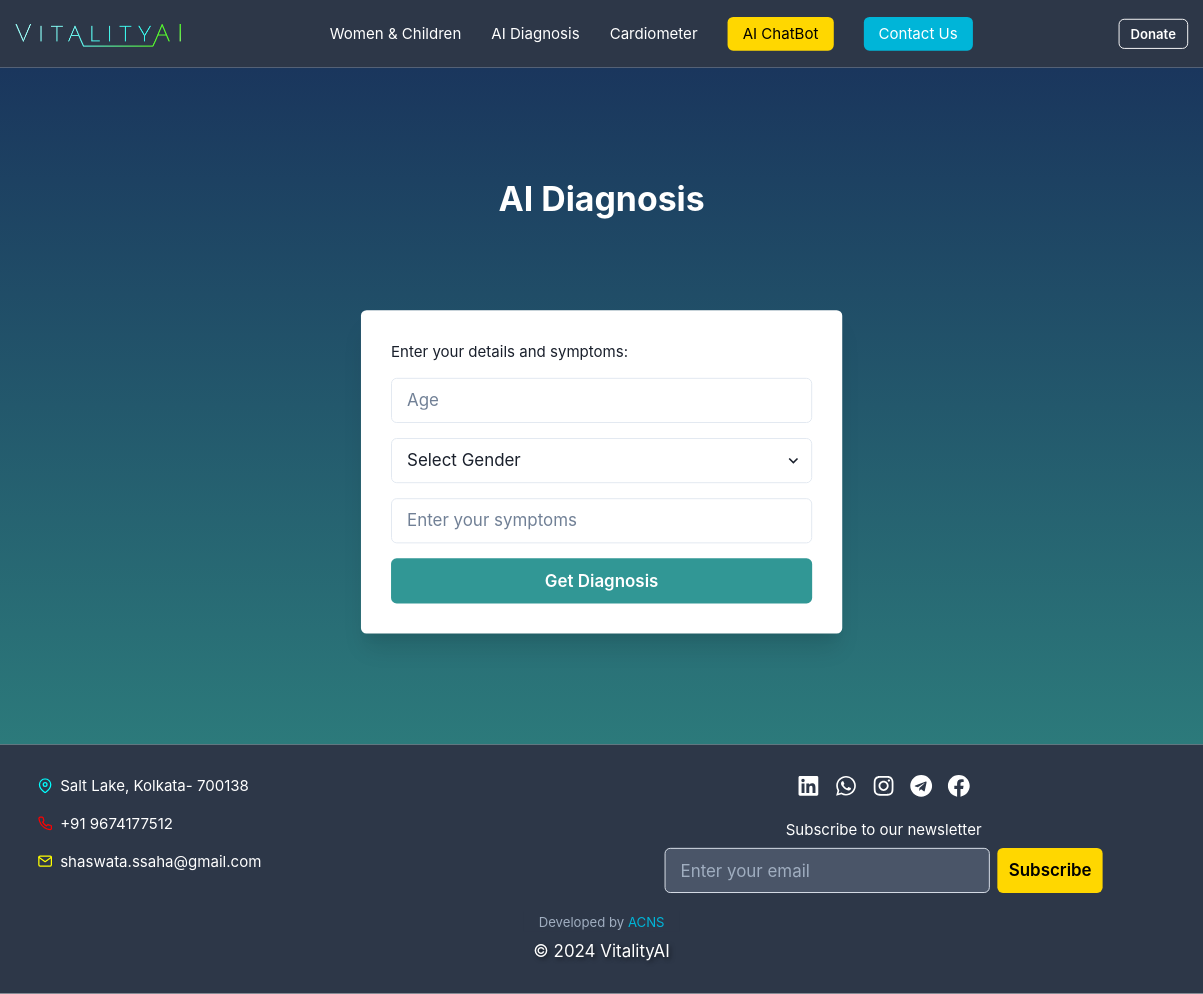
Repository: UniquePratham/VitalityAI
Page: /chatbot
The author's editor kept a copy of each file at every save. The page is drawn from the files as they stood at one save, then again after the next save.
The browser window is 1280 px wide. The pictures show the whole page, at 94% of full size.
The project was rebuilt for these pictures with package versions that can differ from the ones it lists, and the page was loaded fresh each time. The framework's server and built-in components were replaced by stand-ins that run in the browser. Also part of the build but not shown: next.config.js.

Above is the page before, as saved 2024-08-25 05:59:52.

### pages/_app.js
import { ChakraProvider } from "@chakra-ui/react";
import Head from "next/head";
export default function App({ Component, pageProps }) {
  return (
    <ChakraProvider>
      <Head>
        <title>VitalityAI - A new approach to medical technology</title>
        <meta
          name="description"
          content="VitalityAI - Medical technology for the future"
        />
        <link rel="icon" href="/icon.png" />
      </Head>
      <Component {...pageProps} />
    </ChakraProvider>
  );
}

### pages/chatbot.js
import dynamic from "next/dynamic";
import Footer from "@/components/Footer";
const Navbar = dynamic(() => import("@/components/Navbar"), {
  ssr: false,
});
import ChatBot from "@/components/ChatBot";
const Chatbot = () => {
  return (
    <>
      <Navbar />
      <ChatBot />
      <Footer />
    </>
  );
};
export default Chatbot;

### components/ChatBot.js
import { useState } from "react";
import {
  Box,
  Button,
  Input,
  Select,
  Text,
  Heading,
  VStack,
  Spinner,
  Image,
  Link,
} from "@chakra-ui/react";
import axios from "axios";
import { motion } from "framer-motion";

const appId = process.env.NEXT_PUBLIC_WOLFRAM_APP_ID;

export default function AIDiagnosis() {
  const [age, setAge] = useState("");
  const [gender, setGender] = useState("");
  const [symptoms, setSymptoms] = useState("");
  const [diagnosis, setDiagnosis] = useState(null);
  const [loading, setLoading] = useState(false);

  const handleDiagnosis = async () => {
    setLoading(true);
    setDiagnosis(null);

    try {
      const response = await axios.get("/api/proxyDiagnosis", {
        params: {
          age: age,
          gender: gender,
          symptoms: symptoms,
        },
      });

      // Directly set the response text as received
      setDiagnosis(response.data);
    } catch (error) {
      setDiagnosis("An error occurred while fetching the diagnosis.");
      console.error("Diagnosis error:", error);
    } finally {
      setLoading(false);
    }
  };

  // Utility function to format the diagnosis string into structured layout
  const formatDiagnosis = (diagnosis) => {
    const formattedDiagnosis = [];

    // Splitting by double newlines to separate different sections
    const sections = diagnosis.split(/\n{2,}/);

    sections.forEach((section) => {
      // Splitting by single newlines to get key-value pairs or text blocks
      const lines = section.split("\n").filter((line) => line.trim() !== "");

      if (lines.length === 1) {
        // Single line is either a title or non-parsed text
        formattedDiagnosis.push(<Text fontWeight="bold" mt={4}>{lines[0]}</Text>);
      } else if (lines.length > 1) {
        // Handle key-value like structures or multiple lines in a block
        const key = lines[0].replace(":", "").trim(); // First line is treated as a key

        if (key === "Characteristics of patients" && lines[1].startsWith("image:")) {
          // Handle the image separately
          const imageUrl = lines[1].replace("image:", "").trim();
          formattedDiagnosis.push(
            <Box key={key} mt={4}>
              <Text fontWeight="bold">{key}</Text>
              <Image src={imageUrl} alt="Diagnosis Image" mt={2} width="100%" />
            </Box>
          );
        } else if (key.startsWith("Wolfram|Alpha website result")) {
          // Handle the link separately
          const linkUrl = lines[1].trim();
          formattedDiagnosis.push(
            <Box key={key} mt={4}>
              <Text fontWeight="bold">{key}</Text>
              <Link href={linkUrl} color="teal.500" isExternal mt={2}>
                View Detailed Report
              </Link>
            </Box>
          );
        } else {
          // Handle the key-value pairs or text blocks
          formattedDiagnosis.push(
            <Box key={key} mt={4}>
              <Text fontWeight="bold">{key}</Text>
              {lines.slice(1).map((value, index) => (
                <Text key={index} whiteSpace="pre-wrap">
                  {value}
                </Text>
              ))}
            </Box>
          );
        }
      }
    });

    return formattedDiagnosis;
  };

  return (
    <VStack
      as={motion.div}
      initial={{ opacity: 0 }}
      animate={{ opacity: 1 }}
      transition="0.5s ease-in-out"
      minH="100vh"
      bgGradient="linear(to-b, blue.900, teal.600)"
      align="center"
      justify="center"
      p={6}
      spacing={[8, 12, 16]} // Responsive spacing between elements
    >
      <Heading
        color="white"
        mb={8}
        fontSize={["2xl", "3xl", "4xl"]} // Responsive font sizes
        textAlign="center" // Center text for small screens
      >
        AI Diagnosis
      </Heading>

      <Box
        bg="white"
        p={[4, 6, 8]} // Responsive padding
        borderRadius="md"
        boxShadow="xl"
        w="full"
        maxW={["sm", "md", "lg"]} // Responsive width
        as={motion.div}
        whileHover={{ scale: 1.05 }}
        whileTap={{ scale: 0.95 }}
      >
        <Text mb={4}>Enter your details and symptoms:</Text>

        <Input
          placeholder="Age"
          mb={4}
          value={age}
          onChange={(e) => setAge(e.target.value)}
          size={["sm", "md", "lg"]} // Responsive input size
        />

        <Select
          placeholder="Select Gender"
          mb={4}
          value={gender}
          onChange={(e) => setGender(e.target.value)}
          size={["sm", "md", "lg"]} // Responsive select size
        >
          <option value="male">Male</option>
          <option value="female">Female</option>
          <option value="other">Other</option>
        </Select>

        <Input
          placeholder="Enter your symptoms"
          mb={4}
          value={symptoms}
          onChange={(e) => setSymptoms(e.target.value)}
          size={["sm", "md", "lg"]} // Responsive input size
        />

        <Button
          colorScheme="teal"
          size="lg"
          w="full"
          onClick={handleDiagnosis}
          py={[4, 6]} // Responsive button padding
        >
          Get Diagnosis
        </Button>
      </Box>

      {loading ? (
        <Spinner size="xl" color="white" mt={8} />
      ) : (
        diagnosis && (
          <Box
            mt={8}
            p={[4, 6, 8]} // Responsive padding
            bg="white"
            borderRadius="md"
            shadow="xl"
            textAlign="center"
            w="full"
            maxW={["sm", "md", "lg"]} // Responsive width
          >
            {formatDiagnosis(diagnosis)}
          </Box>
        )
      )}
    </VStack>
  );
}

### components/Navbar.js
import {
    Box,
    Flex,
    Link,
    Button,
    HStack,
    IconButton,
    Image,
    useDisclosure,
    VStack,
    Collapse,
    ScaleFade,
  } from "@chakra-ui/react";
  import { FaSearch, FaBars, FaTimes } from "react-icons/fa";
  import NextLink from "next/link";
  import { useRouter } from "next/router";

  export default function Navbar() {
    const { isOpen, onToggle } = useDisclosure();
    const router = useRouter();

    const handleDonateClick = () => {
      router.push("/donate");
    };

    return (
      <Box bg="gray.700" px={4} py={5} color="white" w="full">
        <Flex alignItems="center" justifyContent="space-between">
          {/* Logo */}
          <NextLink href="/" passHref>
            <Link>
              <Image src="/logo.png" alt="VitalityAi Logo" width="180px" />
            </Link>
          </NextLink>

          {/* Mobile Menu Toggle Button */}
          <IconButton
            icon={isOpen ? <FaTimes /> : <FaBars />}
            aria-label="Toggle Navigation"
            display={{ base: "block", md: "none" }}
            onClick={onToggle}
            variant="ghost"
            color="white"
            transition="background-color 0.3s"
            _hover={{ bg: "whiteAlpha.200" }}
          />

          {/* Links for larger screens */}
          <HStack as="nav" spacing={8} display={{ base: "none", md: "flex" }}>
            <NextLink href="/womenchildren" passHref>
              <Link _hover={{ color: "green.300", transition: "color 0.3s" }}>
                Women & Children
              </Link>
            </NextLink>
            <NextLink href="/chatbot" passHref>
              <Link _hover={{ color: "green.300", transition: "color 0.3s" }}>
                AI Diagnosis
              </Link>
            </NextLink>
            <NextLink href="/cardiometer" passHref>
              <Link _hover={{ color: "green.300", transition: "color 0.3s" }}>
                Cardiometer
              </Link>
            </NextLink>
            <NextLink
              href="https://buck-upward-absolutely.ngrok-free.app/"
              passHref
            >
              <Link
                bg="gold"
                color="black"
                px={4}
                py={2}
                borderRadius="md"
                _hover={{
                  bg: "black",
                  color: "gold",
                  boxShadow: "2px 2px 5px rgba(0,0,0,0.7)",
                }}
                transition="all 0.3s"
              >
                AI ChatBot
              </Link>
            </NextLink>
            <NextLink href="/contactus" passHref>
              <Link
                bg="cyan.500"
                color="white"
                px={4}
                py={2}
                borderRadius="md"
                _hover={{
                  bg: "white",
                  color: "cyan.500",
                  boxShadow: "2px 2px 5px rgba(255,255,255,0.7)",
                }}
                transition="all 0.3s"
              >
                Contact Us
              </Link>
            </NextLink>
          </HStack>

          {/* Right-side Icons for larger screens */}
          <HStack spacing={4} display={{ base: "none", md: "flex" }}>
            <Button
              size="sm"
              variant="outline"
              colorScheme="whiteAlpha"
              color="white"
              _hover={{ bg: "whiteAlpha.300" }}
              transition="background-color 0.3s"
              onClick={handleDonateClick} // Link to Donate page
            >
              Donate
            </Button>
          </HStack>
        </Flex>

        {/* Mobile Menu Links */}
        <Collapse in={isOpen} animateOpacity>
          <ScaleFade initialScale={0.9} in={isOpen}>
            <VStack
              as="nav"
              spacing={4}
              mt={4}
              display={{ base: "flex", md: "none" }}
              flexDirection="column"
            >
              <NextLink href="/womenchildren" passHref>
                <Link _hover={{ color: "green.300", transition: "color 0.3s" }}>
                  Women & Children
                </Link>
              </NextLink>
              <NextLink href="/chatbot" passHref>
                <Link _hover={{ color: "green.300", transition: "color 0.3s" }}>
                  AI Diagnosis
                </Link>
              </NextLink>
              <NextLink href="/cardiometer" passHref>
                <Link _hover={{ color: "green.300", transition: "color 0.3s" }}>
                  Cardiometer
                </Link>
              </NextLink>
              <NextLink
                href="https://buck-upward-absolutely.ngrok-free.app/"
                passHref
              >
                <Link
                  bg="gold"
                  color="black"
                  px={4}
                  py={2}
                  borderRadius="md"
                  _hover={{
                    bg: "black",
                    color: "gold",
                    boxShadow: "2px 2px 5px rgba(0,0,0,0.7)",
                  }}
                  transition="all 0.3s"
                >
                  AI ChatBot
                </Link>
              </NextLink>
              <NextLink href="/contactus" passHref>
                <Link
                  bg="cyan.500"
                  color="white"
                  px={4}
                  py={2}
                  borderRadius="md"
                  _hover={{
                    bg: "white",
                    color: "cyan.500",
                    boxShadow: "2px 2px 5px rgba(255,255,255,0.7)",
                  }}
                  transition="all 0.3s"
                >
                  Contact Us
                </Link>
              </NextLink>
              <Button
                size="sm"
                variant="outline"
                colorScheme="whiteAlpha"
                _hover={{ bg: "whiteAlpha.300" }}
                transition="background-color 0.3s"
                onClick={handleDonateClick} // Link to Donate page
              >
                Donate
              </Button>
            </VStack>
          </ScaleFade>
        </Collapse>
      </Box>
    );
  }

Loaded but not shown: components/Footer.js (236 lines, source omitted)

After the next save:
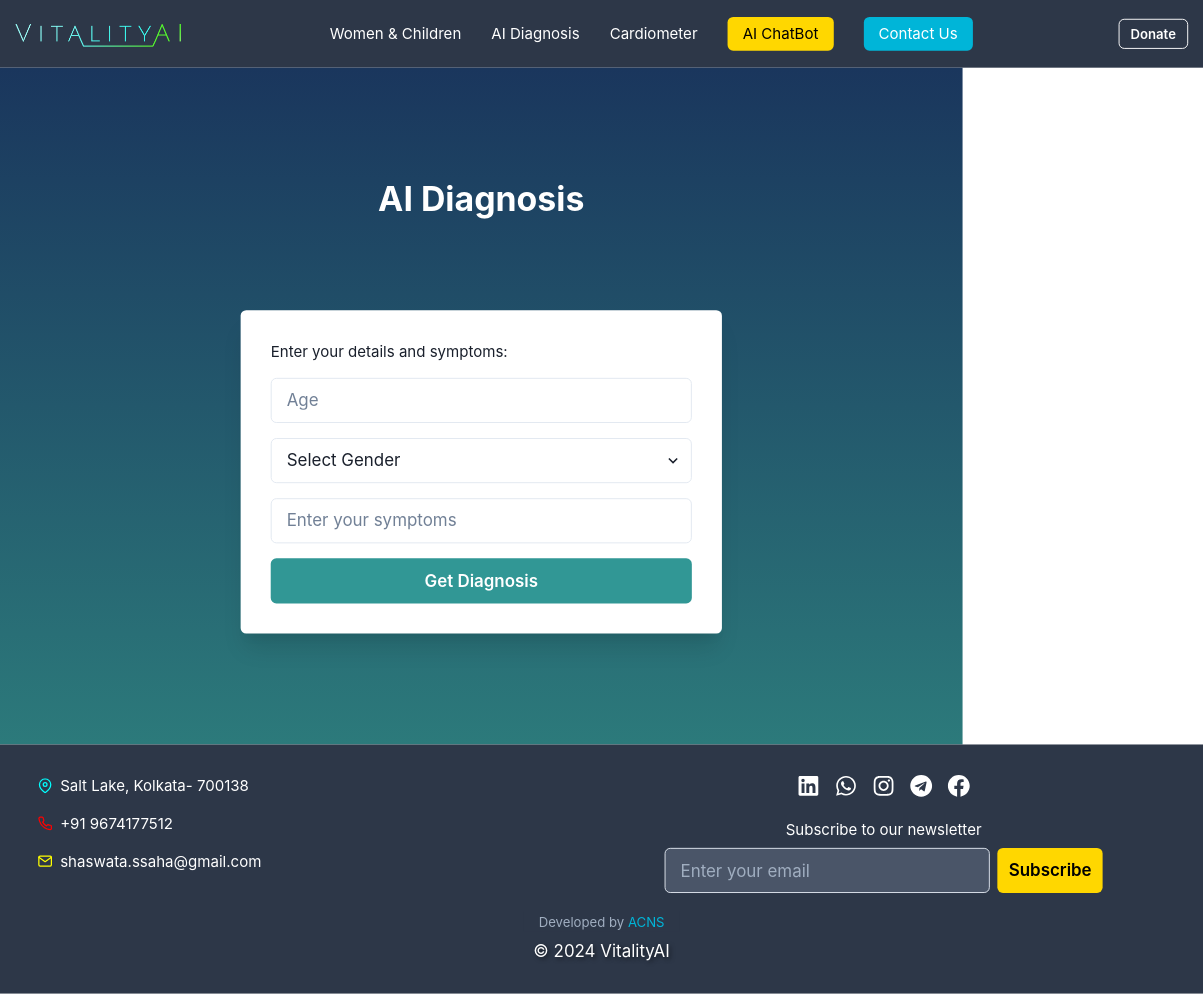
Saved 43 s later.
--- a/components/ChatBot.js
+++ b/components/ChatBot.js
@@ -110,6 +110,7 @@
       animate={{ opacity: 1 }}
       transition="0.5s ease-in-out"
       minH="100vh"
+      width="80vw"
       bgGradient="linear(to-b, blue.900, teal.600)"
       align="center"
       justify="center"

After the save that followed:
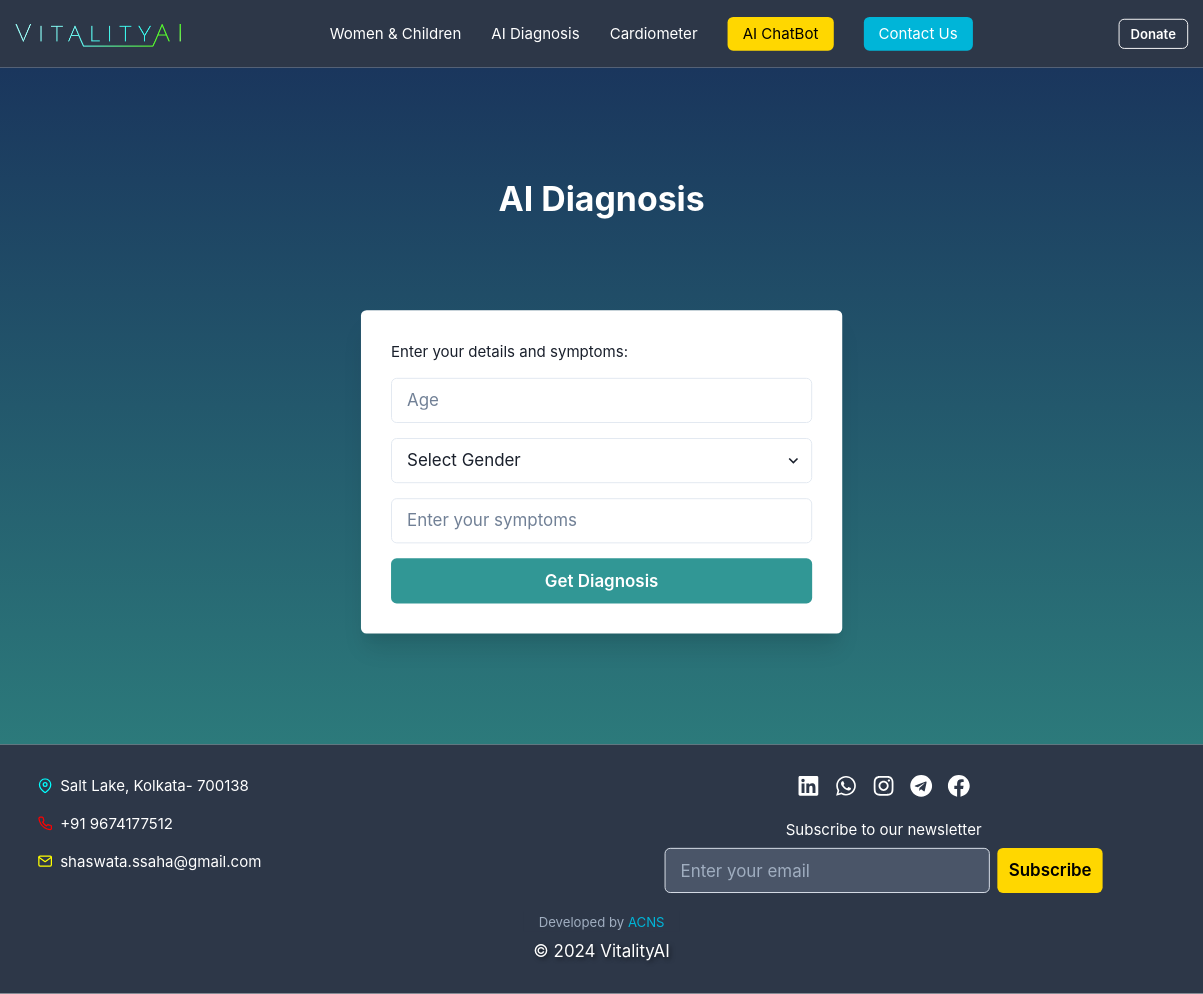
Saved 8 s later.
--- a/components/ChatBot.js
+++ b/components/ChatBot.js
@@ -110,7 +110,6 @@
       animate={{ opacity: 1 }}
       transition="0.5s ease-in-out"
       minH="100vh"
-      width="80vw"
       bgGradient="linear(to-b, blue.900, teal.600)"
       align="center"
       justify="center"
